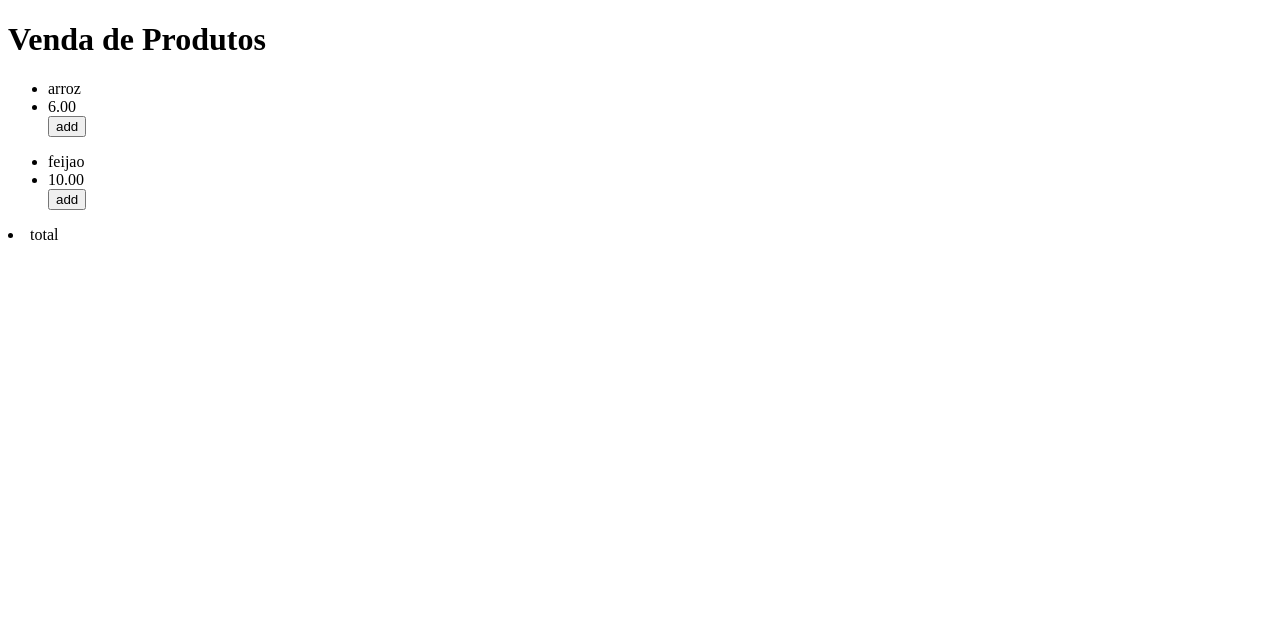
Repository: joaobatistafrontend/test-venda
Page: http://localhost/
An editor plug-in stored every save of this project. The page is shown before and after a run of saves, followed by the edit.
The browser window is 1280 px wide. The pictures show the whole page.
The page is served by the project's application, run on Django 4.2 (manage.py). The page reads the database file committed with the project.

Above is the page before, as saved 2024-09-23 00:37:02.

After the next 2 saves:
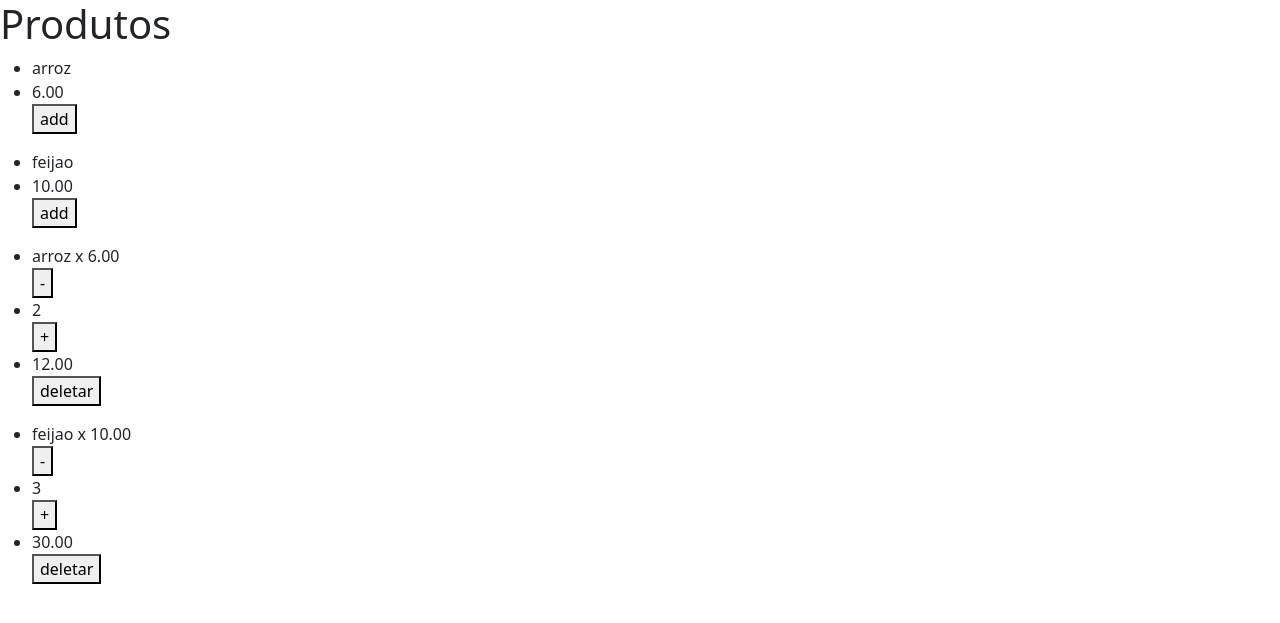
The 2 saves are shown as one change because they came seconds apart.
The last was saved 49 s later.
--- a/core/urls.py
+++ b/core/urls.py
@@ -3,7 +3,7 @@
 from .venda import *
 
 urlpatterns = [
-    path('', VendaView.as_view(), name='venda'),
+    path('', IndexView.as_view(), name='venda'),
 
 
 

After the 3 saves that followed:
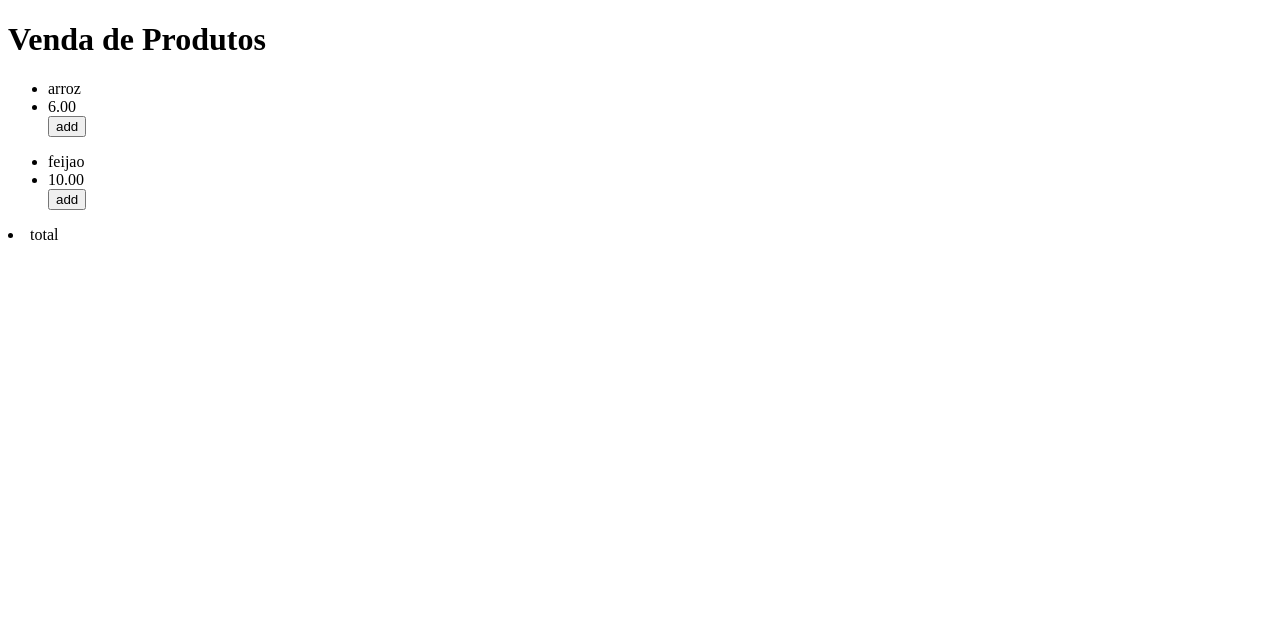
The 3 saves are shown as one change because 1 left the picture as it was and some came seconds apart.
The last was saved 28 s later.
--- a/core/urls.py
+++ b/core/urls.py
@@ -3,7 +3,7 @@
 from .venda import *
 
 urlpatterns = [
-    path('', IndexView.as_view(), name='venda'),
+    path('', VendaView.as_view(), name='venda'),
 
 
 
